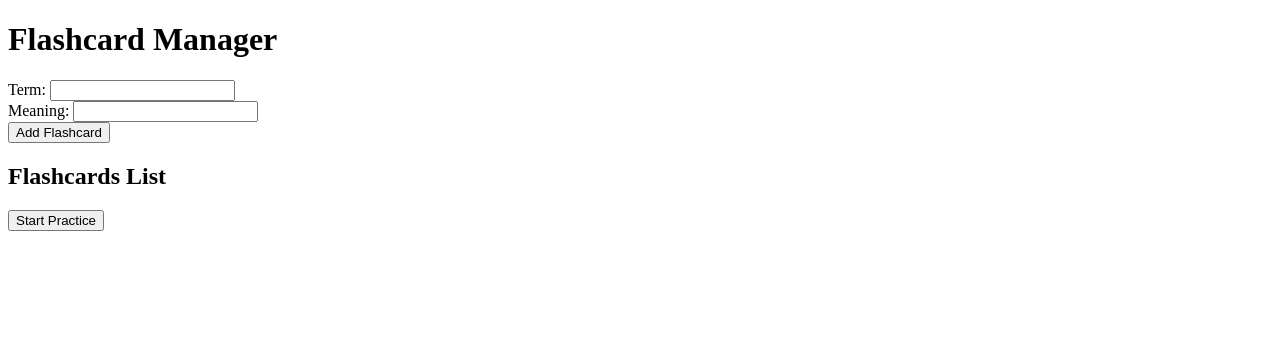
Repository: Oriyin/Algorithm_StudyHelper
Page: http://localhost/flashcards
An editor plug-in stored every save of this project. The page is shown before and after the next save, followed by the edit.
The browser window is 1280 px wide. The pictures show the whole page.
The page is served by the project's application, run on Flask 3 (backend/app.py).

Above is the page before, as saved 2024-10-11 11:41:47.

After the next save:
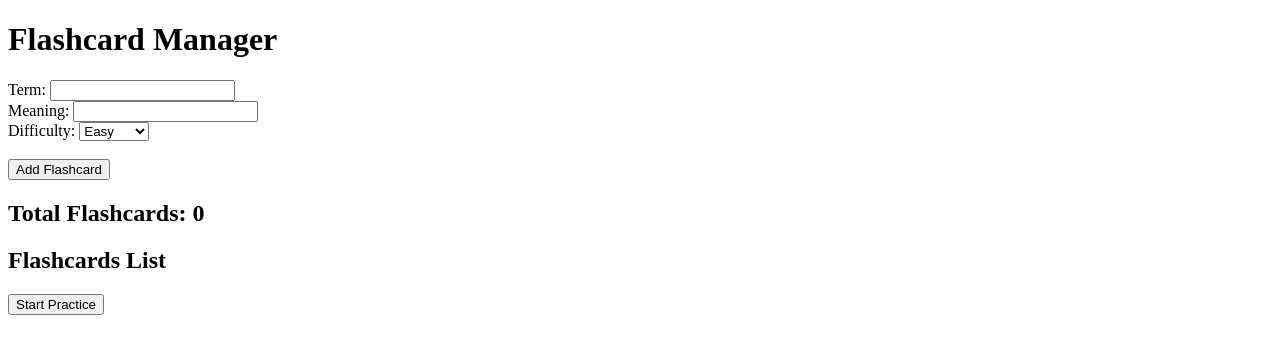
Saved 30 s later.
--- a/templates/flashcards.html
+++ b/templates/flashcards.html
@@ -16,16 +16,28 @@
         <label for="meaning">Meaning:</label>
         <input type="text" name="meaning" id="meaning" required><br>
 
+        <!-- Dropdown for selecting difficulty -->
+        <label for="difficulty">Difficulty:</label>
+        <select name="difficulty" id="difficulty" required>
+            <option value="Easy">Easy</option>
+            <option value="Medium">Medium</option>
+            <option value="Hard">Hard</option>
+        </select><br><br>
+
         <button type="submit">Add Flashcard</button>
     </form>
+
+    <!-- Display total number of flashcards -->
+    <h2>Total Flashcards: {{ flashcards|length }}</h2>
 
     <h2>Flashcards List</h2>
     <ul>
         {% for flashcard in flashcards %}
-            <li>{{ flashcard.term }} - {{ flashcard.meaning }}</li>
+            <li>{{ flashcard.term }} - {{ flashcard.meaning }} ({{ flashcard.difficulty }})</li>
         {% endfor %}
     </ul>
 
+    <!-- Button to start practicing flashcards -->
     <form method="GET" action="{{ url_for('start_practice') }}">
         <button type="submit">Start Practice</button>
     </form>
